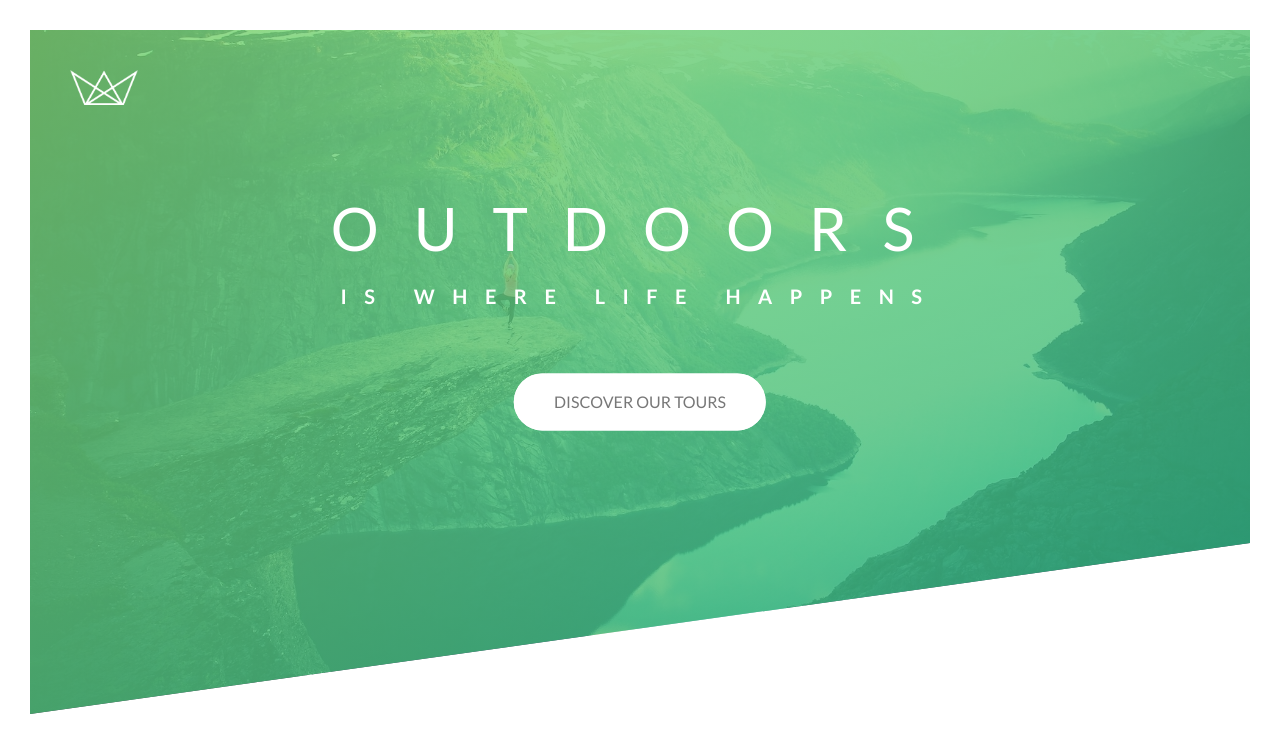
Repository: taivuong95/natours-fe
Page: index.html
The author's editor kept a copy of each file at every save. The page is drawn from the files as they stood at one save, then again after the next save.
The browser window is 1280 px wide. The pictures show the whole page.
The style sheet was rebuilt from its Sass, Less or Tailwind sources for each picture, by a compiler version that may differ from the author's.

Above is the page before, as saved 2020-12-09 20:54:20.

### index.html
<!DOCTYPE html>
<html lang="en">
    <head>
        <meta charset="UTF-8">
        <meta name="viewport" content="width=device-width, initial-scale=1.0">

        <link href="https://fonts.googleapis.com/css?family=Lato:100,300,400,700,900" rel="stylesheet">

        <link rel="stylesheet" href="css/icon-font.css">
        <link rel="stylesheet" href="css/style.css">
        <link rel="shortcut icon" type="image/png" href="img/favicon.png">

        <title>Natours | Exciting tours for adventurous people</title>
    </head>
    <body>
        <header class="header">
           <div class="header__logo-box">
               <img src="img/logo-white.png" alt="" class="header__logo">
           </div>
           <div class="header__text-box">
            <h1 class="heading-primary">
                <span class="heading-primary--main">Outdoors</span>
                <span class="heading-primary--sub">is where life happens</span>
            </h1>
            <a href="#" class="btn btn--white btn--animated">Discover our tours</a>
           </div>
        </header>

    </body>
</html>

### css/icon-font.css
@charset "UTF-8";

@font-face {
  font-family: "linea-basic-10";
  src:url("fonts/linea-basic-10.eot");
  src:url("fonts/linea-basic-10.eot?#iefix") format("embedded-opentype"),
    url("fonts/linea-basic-10.woff") format("woff"),
    url("fonts/linea-basic-10.ttf") format("truetype"),
    url("fonts/linea-basic-10.svg#linea-basic-10") format("svg");
  font-weight: normal;
  font-style: normal;

}

[data-icon]:before {
  font-family: "linea-basic-10" !important;
  content: attr(data-icon);
  font-style: normal !important;
  font-weight: normal !important;
  font-variant: normal !important;
  text-transform: none !important;
  speak: none;
  line-height: 1;
  -webkit-font-smoothing: antialiased;
  -moz-osx-font-smoothing: grayscale;
}

[class^="icon-"]:before,
[class*=" icon-"]:before {
  font-family: "linea-basic-10" !important;
  font-style: normal !important;
  font-weight: normal !important;
  font-variant: normal !important;
  text-transform: none !important;
  speak: none;
  line-height: 1;
  -webkit-font-smoothing: antialiased;
  -moz-osx-font-smoothing: grayscale;
}

.icon-basic-accelerator:before {
  content: "a";
}
.icon-basic-alarm:before {
  content: "b";
}
.icon-basic-anchor:before {
  content: "c";
}
.icon-basic-anticlockwise:before {
  content: "d";
}
.icon-basic-archive:before {
  content: "e";
}
.icon-basic-archive-full:before {
  content: "f";
}
.icon-basic-ban:before {
  content: "g";
}
.icon-basic-battery-charge:before {
  content: "h";
}
.icon-basic-battery-empty:before {
  content: "i";
}
.icon-basic-battery-full:before {
  content: "j";
}
.icon-basic-battery-half:before {
  content: "k";
}
.icon-basic-bolt:before {
  content: "l";
}
.icon-basic-book:before {
  content: "m";
}
.icon-basic-book-pen:before {
  content: "n";
}
.icon-basic-book-pencil:before {
  content: "o";
}
.icon-basic-bookmark:before {
  content: "p";
}
.icon-basic-calculator:before {
  content: "q";
}
.icon-basic-calendar:before {
  content: "r";
}
.icon-basic-cards-diamonds:before {
  content: "s";
}
.icon-basic-cards-hearts:before {
  content: "t";
}
.icon-basic-case:before {
  content: "u";
}
.icon-basic-chronometer:before {
  content: "v";
}
.icon-basic-clessidre:before {
  content: "w";
}
.icon-basic-clock:before {
  content: "x";
}
.icon-basic-clockwise:before {
  content: "y";
}
.icon-basic-cloud:before {
  content: "z";
}
.icon-basic-clubs:before {
  content: "A";
}
.icon-basic-compass:before {
  content: "B";
}
.icon-basic-cup:before {
  content: "C";
}
.icon-basic-diamonds:before {
  content: "D";
}
.icon-basic-display:before {
  content: "E";
}
.icon-basic-download:before {
  content: "F";
}
.icon-basic-exclamation:before {
  content: "G";
}
.icon-basic-eye:before {
  content: "H";
}
.icon-basic-eye-closed:before {
  content: "I";
}
.icon-basic-female:before {
  content: "J";
}
.icon-basic-flag1:before {
  content: "K";
}
.icon-basic-flag2:before {
  content: "L";
}
.icon-basic-floppydisk:before {
  content: "M";
}
.icon-basic-folder:before {
  content: "N";
}
.icon-basic-folder-multiple:before {
  content: "O";
}
.icon-basic-gear:before {
  content: "P";
}
.icon-basic-geolocalize-01:before {
  content: "Q";
}
.icon-basic-geolocalize-05:before {
  content: "R";
}
.icon-basic-globe:before {
  content: "S";
}
.icon-basic-gunsight:before {
  content: "T";
}
.icon-basic-hammer:before {
  content: "U";
}
.icon-basic-headset:before {
  content: "V";
}
.icon-basic-heart:before {
  content: "W";
}
.icon-basic-heart-broken:before {
  content: "X";
}
.icon-basic-helm:before {
  content: "Y";
}
.icon-basic-home:before {
  content: "Z";
}
.icon-basic-info:before {
  content: "0";
}
.icon-basic-ipod:before {
  content: "1";
}
.icon-basic-joypad:before {
  content: "2";
}
.icon-basic-key:before {
  content: "3";
}
.icon-basic-keyboard:before {
  content: "4";
}
.icon-basic-laptop:before {
  content: "5";
}
.icon-basic-life-buoy:before {
  content: "6";
}
.icon-basic-lightbulb:before {
  content: "7";
}
.icon-basic-link:before {
  content: "8";
}
.icon-basic-lock:before {
  content: "9";
}
.icon-basic-lock-open:before {
  content: "!";
}
.icon-basic-magic-mouse:before {
  content: "\"";
}
.icon-basic-magnifier:before {
  content: "#";
}
.icon-basic-magnifier-minus:before {
  content: "$";
}
.icon-basic-magnifier-plus:before {
  content: "%";
}
.icon-basic-mail:before {
  content: "&";
}
.icon-basic-mail-multiple:before {
  content: "'";
}
.icon-basic-mail-open:before {
  content: "(";
}
.icon-basic-mail-open-text:before {
  content: ")";
}
.icon-basic-male:before {
  content: "*";
}
.icon-basic-map:before {
  content: "+";
}
.icon-basic-message:before {
  content: ",";
}
.icon-basic-message-multiple:before {
  content: "-";
}
.icon-basic-message-txt:before {
  content: ".";
}
.icon-basic-mixer2:before {
  content: "/";
}
.icon-basic-mouse:before {
  content: ":";
}
.icon-basic-notebook:before {
  content: ";";
}
.icon-basic-notebook-pen:before {
  content: "<";
}
.icon-basic-notebook-pencil:before {
  content: "=";
}
.icon-basic-paperplane:before {
  content: ">";
}
.icon-basic-pencil-ruler:before {
  content: "?";
}
.icon-basic-pencil-ruler-pen:before {
  content: "@";
}
.icon-basic-photo:before {
  content: "[";
}
.icon-basic-picture:before {
  content: "]";
}
.icon-basic-picture-multiple:before {
  content: "^";
}
.icon-basic-pin1:before {
  content: "_";
}
.icon-basic-pin2:before {
  content: "`";
}
.icon-basic-postcard:before {
  content: "{";
}
.icon-basic-postcard-multiple:before {
  content: "|";
}
.icon-basic-printer:before {
  content: "}";
}
.icon-basic-question:before {
  content: "~";
}
.icon-basic-rss:before {
  content: "\\";
}
.icon-basic-server:before {
  content: "\e000";
}
.icon-basic-server2:before {
  content: "\e001";
}
.icon-basic-server-cloud:before {
  content: "\e002";
}
.icon-basic-server-download:before {
  content: "\e003";
}
.icon-basic-server-upload:before {
  content: "\e004";
}
.icon-basic-settings:before {
  content: "\e005";
}
.icon-basic-share:before {
  content: "\e006";
}
.icon-basic-sheet:before {
  content: "\e007";
}
.icon-basic-sheet-multiple:before {
  content: "\e008";
}
.icon-basic-sheet-pen:before {
  content: "\e009";
}
.icon-basic-sheet-pencil:before {
  content: "\e00a";
}
.icon-basic-sheet-txt:before {
  content: "\e00b";
}
.icon-basic-signs:before {
  content: "\e00c";
}
.icon-basic-smartphone:before {
  content: "\e00d";
}
.icon-basic-spades:before {
  content: "\e00e";
}
.icon-basic-spread:before {
  content: "\e00f";
}
.icon-basic-spread-bookmark:before {
  content: "\e010";
}
.icon-basic-spread-text:before {
  content: "\e011";
}
.icon-basic-spread-text-bookmark:before {
  content: "\e012";
}
.icon-basic-star:before {
  content: "\e013";
}
.icon-basic-tablet:before {
  content: "\e014";
}
.icon-basic-target:before {
  content: "\e015";
}
.icon-basic-todo:before {
  content: "\e016";
}
.icon-basic-todo-pen:before {
  content: "\e017";
}
.icon-basic-todo-pencil:before {
  content: "\e018";
}
.icon-basic-todo-txt:before {
  content: "\e019";
}
.icon-basic-todolist-pen:before {
  content: "\e01a";
}
.icon-basic-todolist-pencil:before {
  content: "\e01b";
}
.icon-basic-trashcan:before {
  content: "\e01c";
}
.icon-basic-trashcan-full:before {
  content: "\e01d";
}
.icon-basic-trashcan-refresh:before {
  content: "\e01e";
}
.icon-basic-trashcan-remove:before {
  content: "\e01f";
}
.icon-basic-upload:before {
  content: "\e020";
}
.icon-basic-usb:before {
  content: "\e021";
}
.icon-basic-video:before {
  content: "\e022";
}
.icon-basic-watch:before {
  content: "\e023";
}
.icon-basic-webpage:before {
  content: "\e024";
}
.icon-basic-webpage-img-txt:before {
  content: "\e025";
}
.icon-basic-webpage-multiple:before {
  content: "\e026";
}
.icon-basic-webpage-txt:before {
  content: "\e027";
}
.icon-basic-world:before {
  content: "\e028";
}

### sass/main.scss
$color-primary: #55c57a;
$color-primary-light: #7ed56f;
$color-primary-dark: #28b485;

$color-grey-dark: #777;
$color-white: #fff;

*,
*::after,
*::after {
  margin: 0;
  padding: 0;
  box-shadow: inherit;
}

html {
  font-size: 62.5%;
}

body {
  font-family: "Lato", sans-serif;
  font-weight: 400;
  /* font-size: 16px; */

  line-height: 1.7;
  color: $color-grey-dark;
  padding: 3rem;
  box-sizing: border-box;
}

.header {
  height: 95vh;
  background-image: linear-gradient(
      to right bottom,
      rgba($color-primary-light, 0.8),
      rgba($color-primary-dark, 0.8)
    ),
    url(../img/hero.jpg);
  background-size: cover;
  background-position: top;
  clip-path: polygon(0 0, 100% 0, 100% 75%, 0 100%);
  position: relative;
}

.header__logo-box {
  position: absolute;
  top: 4rem;
  left: 4rem;
}

.header__logo {
  height: 3.5rem;
}

.header__text-box {
  position: absolute;
  top: 40%;
  left: 50%;
  transform: translate(-50%, -50%);
  text-align: center;
}

.heading-primary {
  color: $color-white;
  text-transform: uppercase;

  backface-visibility: hidden;
  margin-bottom: 6rem;
}

.heading-primary--main {
  display: block;
  font-size: 6rem;
  font-weight: 400;
  letter-spacing: 3.5rem;

  animation-name: moveInLeft;
  animation-duration: 1s;
  animation-timing-function: ease-out;

  /* animation-iteration-count: 3; */
  /* animation-delay: 3s; */
}

.heading-primary--sub {
  display: block;
  font-size: 2rem;
  font-weight: 700;
  letter-spacing: 1.75rem;

  animation: moveInRight 1s ease-out;
}

@keyframes moveInLeft {
  0% {
    opacity: 0;
    transform: translateX(-10rem);
  }
  80% {
    transform: translateX(1rem);
  }
  100% {
    opacity: 1;
    transform: translate(0);
  }
}

@keyframes moveInRight {
  0% {
    opacity: 0;
    transform: translateX(10rem);
  }
  80% {
    transform: translateX(-1rem);
  }
  100% {
    opacity: 1;
    transform: translate(0);
  }
}

@keyframes moveInBottom {
  0% {
    opacity: 0;
    transform: translateY(3rem);
  }
  100% {
    opacity: 1;
    transform: translate(0);
  }
}

.btn:link,
.btn:visited {
  text-transform: uppercase;
  text-decoration: none;
  padding: 1.5rem 4rem;
  display: inline-block;
  border-radius: 10rem;
  transition: all 0.2s;
  position: relative;
  font-size: 1.6rem;
}

.btn:hover {
  transform: translateY(-3px);
  box-shadow: 0 1rem 2rem rgba(0, 0, 0, 0.2);
}

.btn:active {
  transform: translateY(-1px);
  box-shadow: 0 0.5rem 1rem rgba(0, 0, 0, 0.2);
}

.btn--white {
  background-color: $color-white;
  color: $color-grey-dark;
}

.btn::after {
  content: "";
  display: inline-block;
  height: 100%;
  width: 100%;
  border-radius: 10rem;
  position: absolute;
  top: 0;
  left: 0;
  z-index: -1;
  transition: all 0.4s;
}

.btn--white::after {
  background-color: $color-white;
}

.btn:hover::after {
  transform: scaleX(1.5) scaleY(1.6);
  opacity: 0;
}

.btn--animated {
  animation: moveInBottom 0.5s ease-out 0.75s;
  animation-fill-mode: backwards;
}

After the next save:
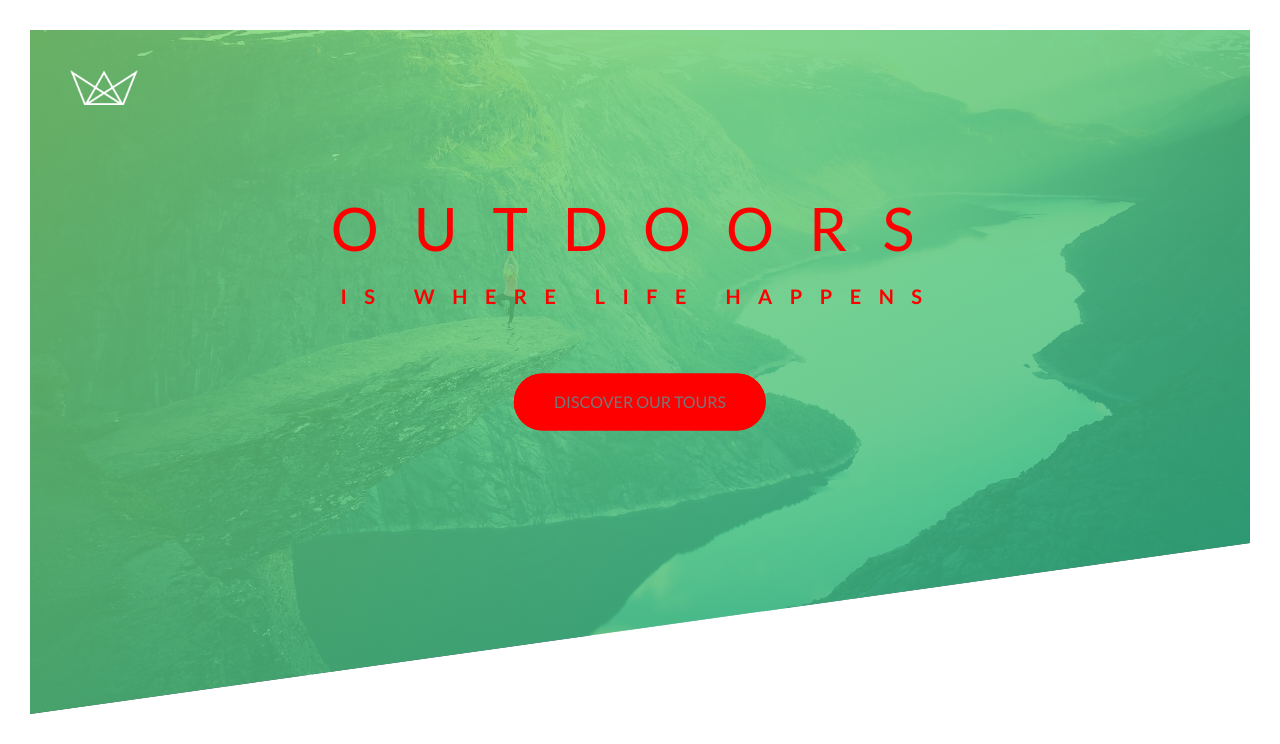
Saved 31 min 56 s later.
--- a/sass/main.scss
+++ b/sass/main.scss
@@ -3,7 +3,7 @@
 $color-primary-dark: #28b485;
 
 $color-grey-dark: #777;
-$color-white: #fff;
+$color-white: red;
 
 *,
 *::after,

After the save that followed:
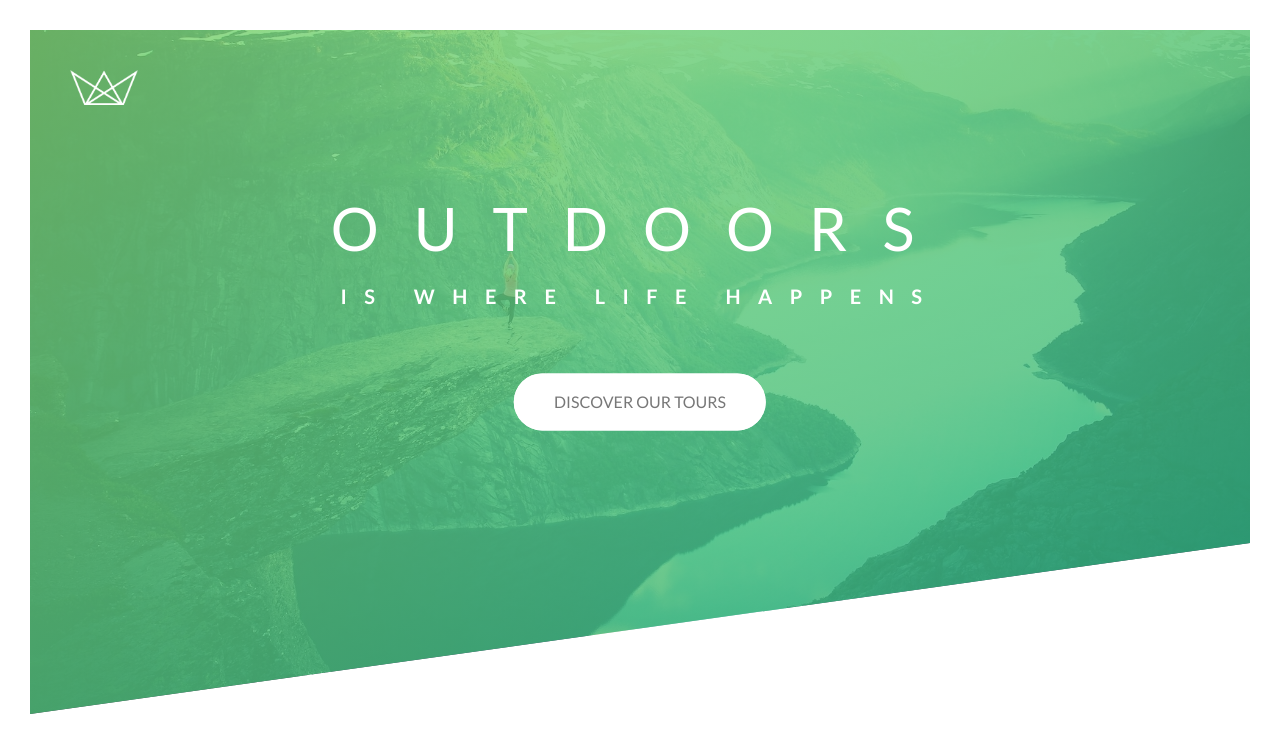
Saved 22 s later.
--- a/sass/main.scss
+++ b/sass/main.scss
@@ -3,7 +3,7 @@
 $color-primary-dark: #28b485;
 
 $color-grey-dark: #777;
-$color-white: red;
+$color-white: #fff;
 
 *,
 *::after,
